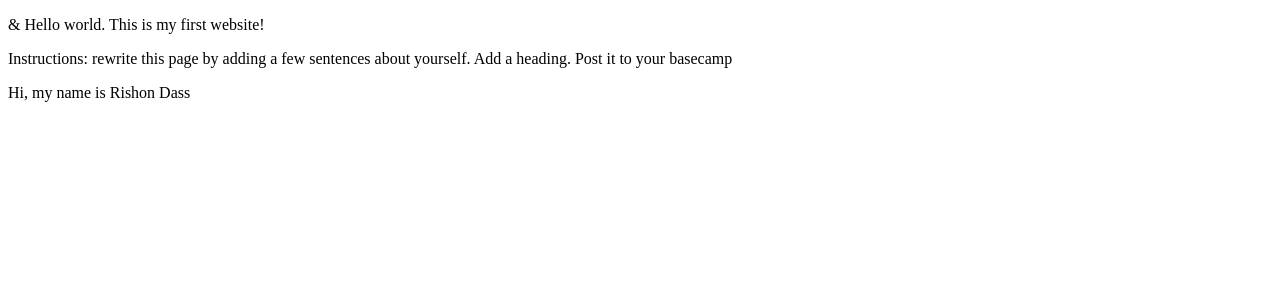
Repository: rishondass/ITMD361-Lab1
Page: lab1.html
These files come from the project's save history. The page is drawn as it stood at one moment and after the next save; the edit follows.
The browser window is 1280 px wide. The pictures show the whole page.

Above is the page before, as saved 2023-01-13 13:34:34.

### lab1.html
<!DOCTYPE html>
<html lang="en">
<head>
	<meta charset="UTF-8">
	<title>ITMD-361 Internet Technologies and Web Design</title>
</head>
<body>
  <p>&amp; Hello world. This is my first website!</p>
  <p>Instructions: rewrite this page by adding a few sentences about yourself. Add a heading. Post it to your basecamp</p>

  <p>Hi, my name is Rishon Dass</p>
</body>
</html>

After the next save:
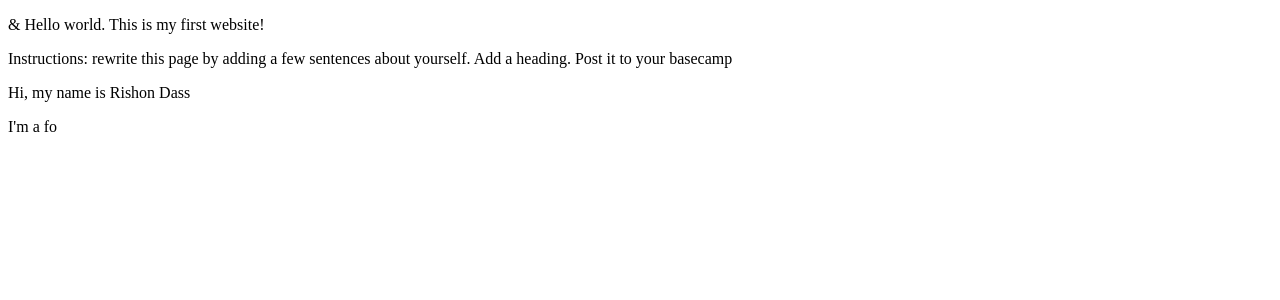
Saved 8 s later.
--- a/lab1.html
+++ b/lab1.html
@@ -9,5 +9,6 @@
   <p>Instructions: rewrite this page by adding a few sentences about yourself. Add a heading. Post it to your basecamp</p>
 
   <p>Hi, my name is Rishon Dass</p>
+  <p>I'm a fo</p>
 </body>
 </html>
